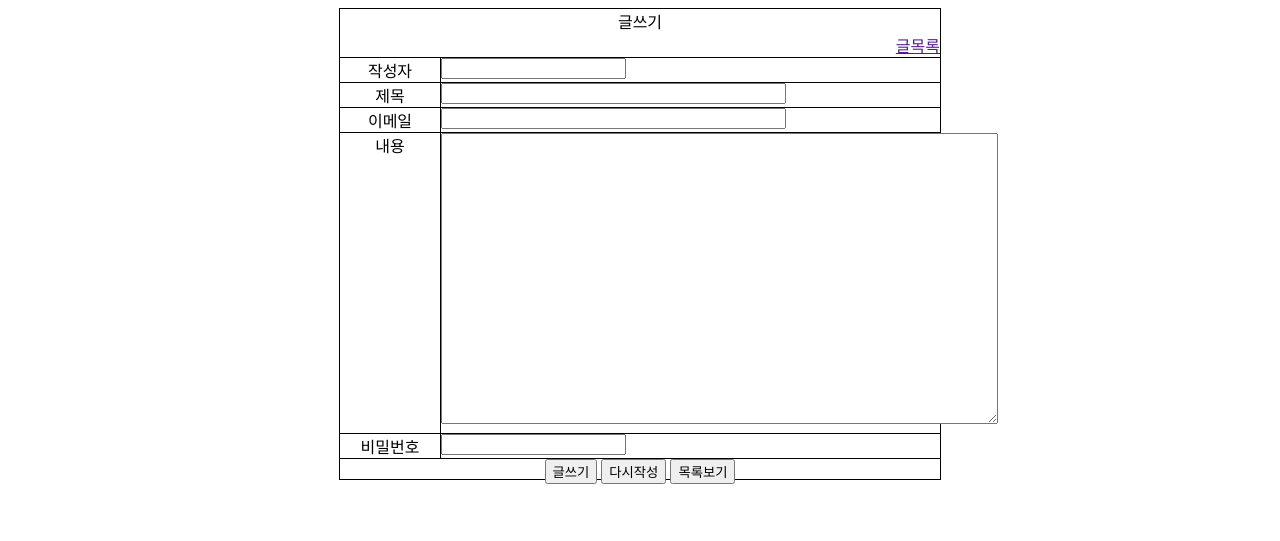
Repository: kms2413/project
Page: http://localhost/homepage/board/write.jsp
An editor plug-in stored every save of this project. The page is shown before and after the next save, followed by the edit.
The browser window is 1280 px wide. The pictures show the whole page.
The page is served by Tomcat 9.

Above is the page before, as saved 2014-09-17 01:22:37.

After the next save:
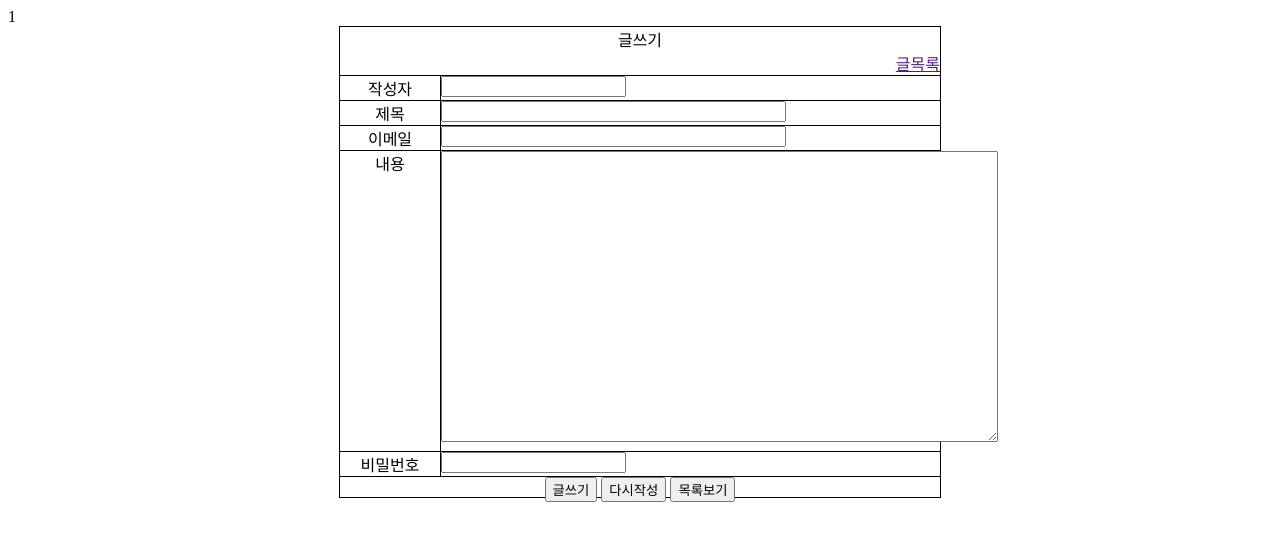
Saved 24 s later.
--- a/homepage/WebContent/board/write.jsp
+++ b/homepage/WebContent/board/write.jsp
@@ -13,6 +13,9 @@
 		sequenceNumber=Integer.parseInt(request.getParameter("sequenceNumber"));
 		sequenceLevel=Integer.parseInt(request.getParameter("sequenceLevel"));
 	}
+
+	out.print(boardNumber + groupNumber + sequenceNumber + sequenceLevel);
+
 %>
 <html>
 <head>
